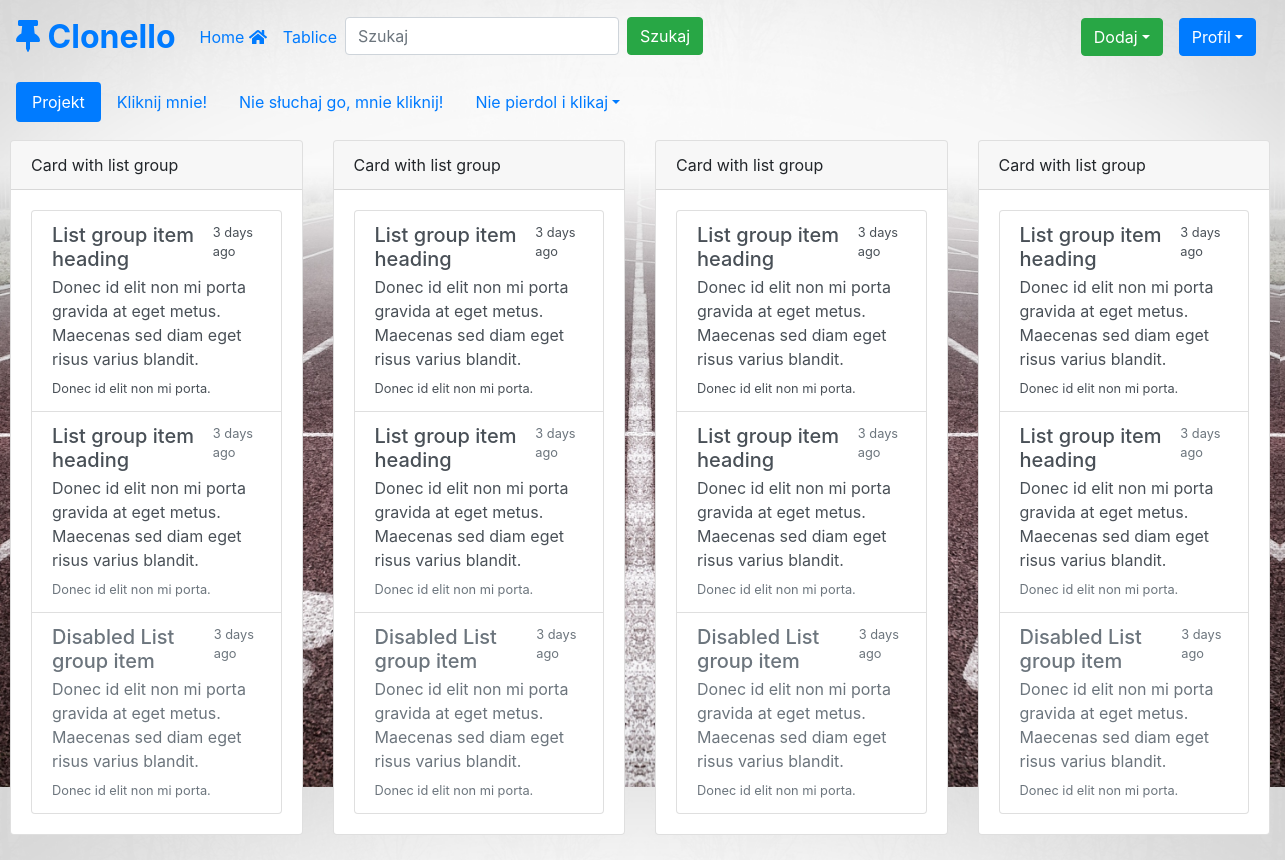
Repository: jnehlt/PAW-lab
Page: / (app in Frontend/clonello/)
An editor plug-in stored every save of this project. The page is shown before and after the next save, followed by the edit.
The browser window is 1280 px wide. The page is 1285 px wide, so the pictures cover 1285 px, including what lies to the right of the window. The pictures show the whole page.
The project was rebuilt for these pictures with package versions that can differ from the ones it lists, and the page was loaded fresh each time.

Above is the page before, as saved 2020-04-24 23:44:32.

After the next save:
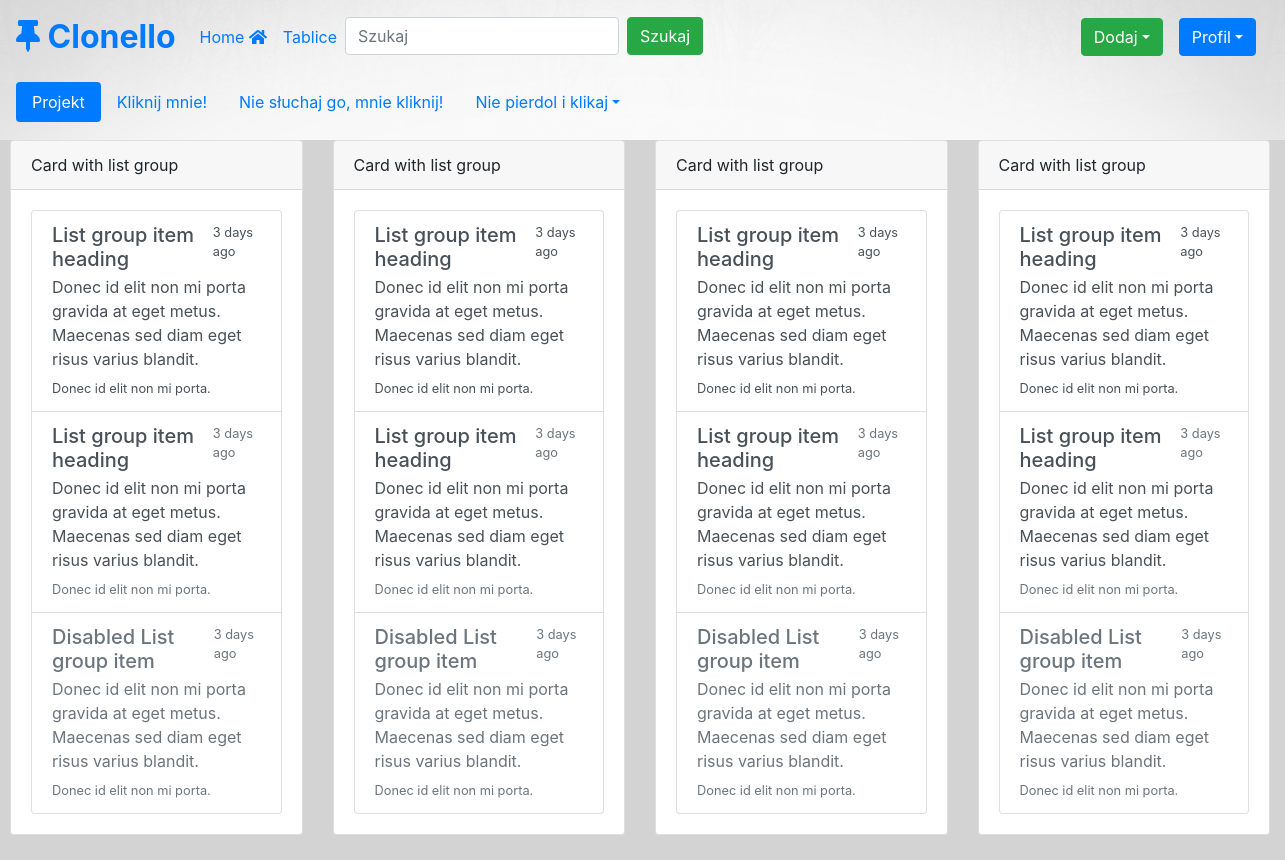
Saved 5 s later.
--- a/Frontend/clonello/src/components/MainCard.vue
+++ b/Frontend/clonello/src/components/MainCard.vue
@@ -53,7 +53,7 @@ export default {
 
 <style>
 #duties-card {
-    background-color: light;
+    background-color: lightgray;
 }
 
 </style>
